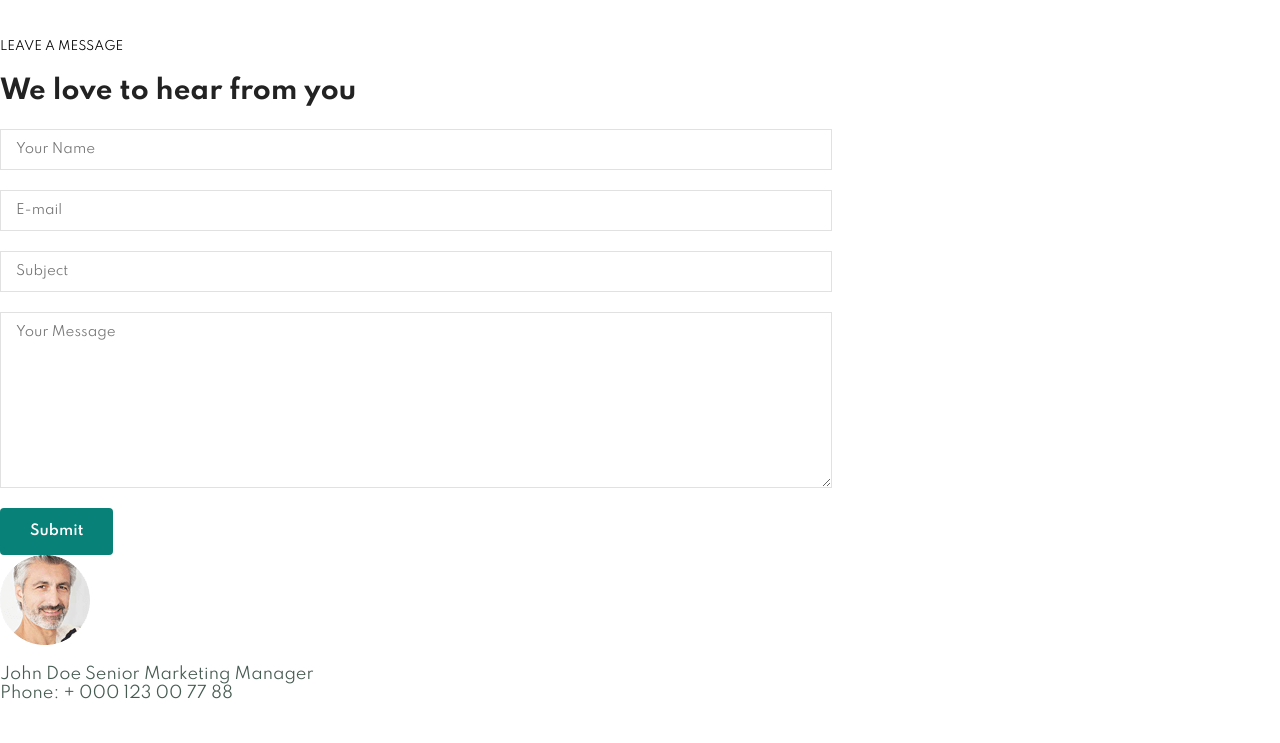
Repository: MinhNhatIT2901/Ecommerce
Page: contact.html
The author's editor kept a copy of each file at every save. The page is drawn from the files as they stood at one save, then again after the next save.
The browser window is 1280 px wide. The pictures show the part of the page from y = 813 to 1556 px (the page is 2169 px tall before and 2562 px after).
Pictures or frames that could not be fetched are drawn as grey boxes. Some web libraries are served in a nearby version.

Above is the page before, as saved 2022-01-19 21:20:21.

After the next save:
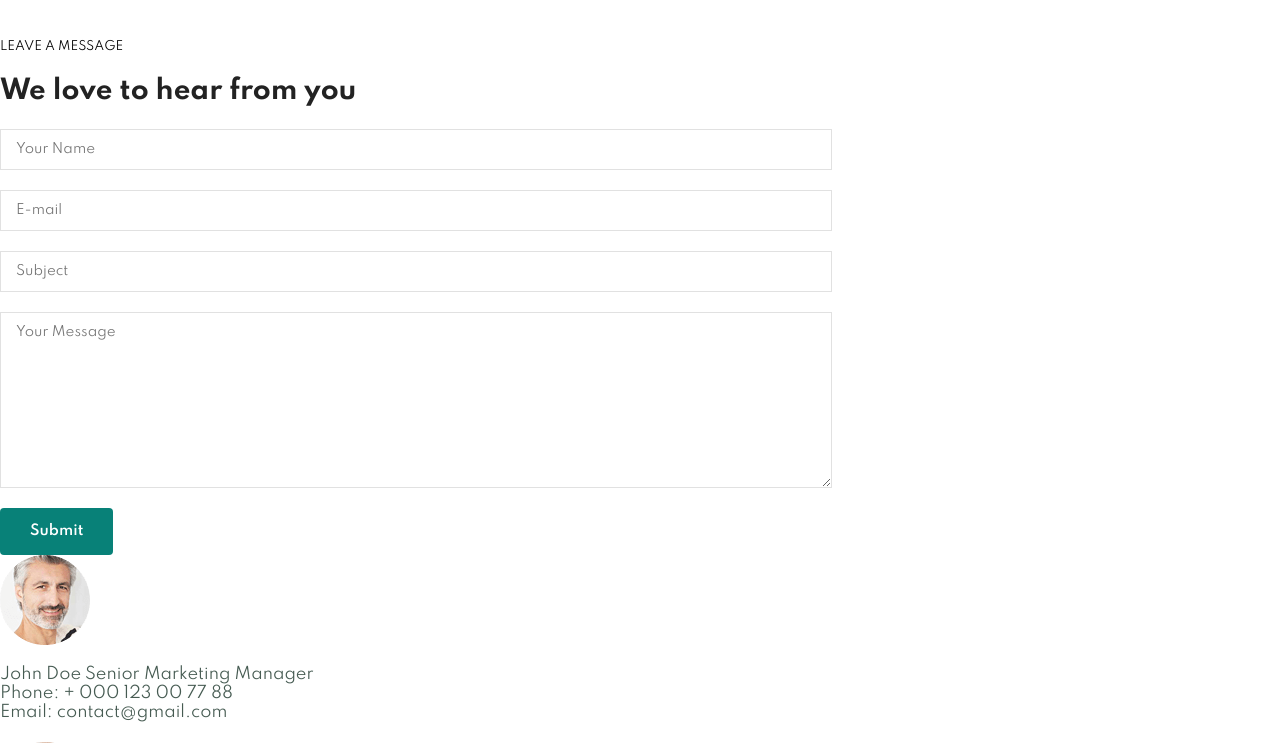
Saved 64 s later.
--- a/contact.html
+++ b/contact.html
@@ -83,7 +83,17 @@
             <div>
                 <img src="./imgs/img/people/1.png" alt="">
                 <p><span>John Doe</span> Senior Marketing Manager <br> Phone: + 000 123
-                    00 77 88 <br</p>
+                    00 77 88 <br>Email: contact@gmail.com</p>
+            </div>
+            <div>
+                <img src="./imgs/img/people/2.png" alt="">
+                <p><span>John Doe</span> Senior Marketing Manager <br> Phone: + 000 123
+                    00 77 88 <br>Email: contact@gmail.com</p>
+            </div>
+            <div>
+                <img src="./imgs/img/people/3.png" alt="">
+                <p><span>John Doe</span> Senior Marketing Manager <br> Phone: + 000 123
+                    00 77 88 <br>Email: contact@gmail.com</p>
             </div>
         </div>
     </section>
